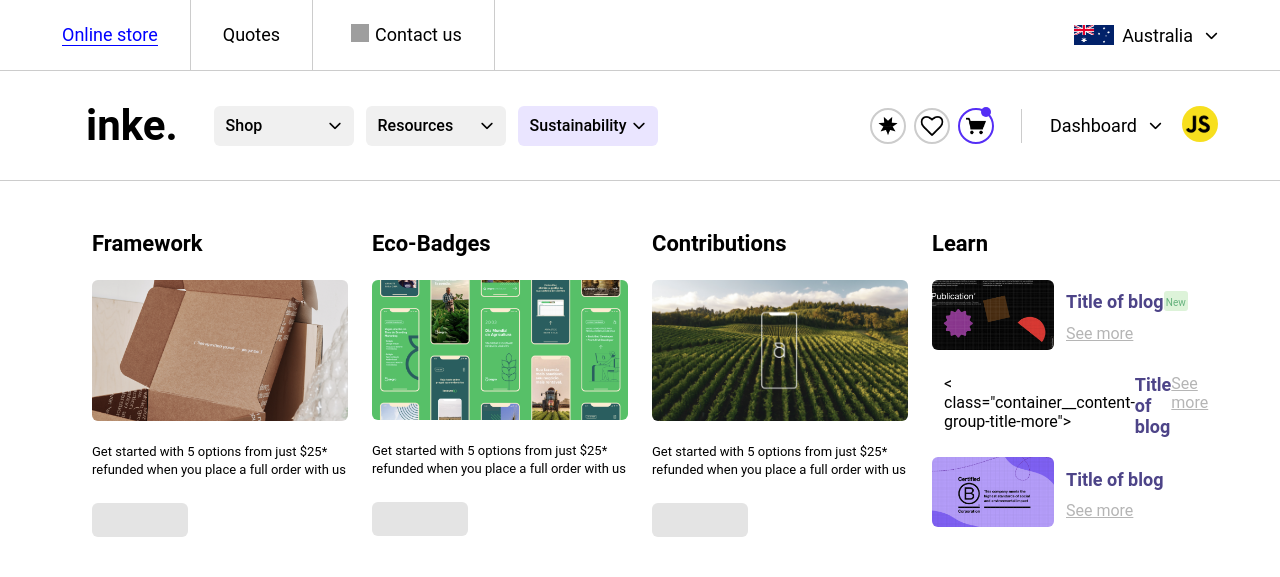
Repository: NguyenMinhKhanhB1909929/Practice_HTML-01
Page: index.html
The author's editor kept a copy of each file at every save. The page is drawn from the files as they stood at one save, then again after the next save.
The browser window is 1280 px wide. The pictures show the whole page.
Pictures or frames that could not be fetched are drawn as grey boxes. Some web libraries are served in a nearby version.

Above is the page before, as saved 2022-04-07 20:53:58.

### index.html
<!DOCTYPE html>
<html lang="en">
  <head>
    <meta charset="UTF-8" />
    <meta http-equiv="X-UA-Compatible" content="IE=edge" />
    <meta name="viewport" content="width=device-width, initial-scale=1.0" />
    <title>Practice 1</title>
    <link rel="stylesheet" href="./asset/style/style.css" />
    <link
      rel="stylesheet"
      href="https://cdnjs.cloudflare.com/ajax/libs/font-awesome/6.1.1/css/all.min.css"
    />
  </head>
  <body>
    <div class="main">
      <div class="header">
        <div class="header__about">
          <div class="header__about-text">
            <a href="" class="active">Online store</a>
          </div>
          <div class="header__about-text">
            <a href="">Quotes</a>
          </div>
          <div class="header__about-text">
            <img
              src="https://emojipedia-us.s3.dualstack.us-west-1.amazonaws.com/thumbs/120/google/313/waving-hand_1f44b.png"
              alt=""
              class="header__about-text__img"
            />
            <p class="m-0">
              <a href="">Contact us</a>
            </p>
          </div>
        </div>
        <div class="header__nation">
          <div class="header__nation-wrap">
            <div class="header__nation-flag">
              <img
                src="./asset/img/Australia.svg.webp"
                alt="abc"
                class="header__nation-flag-img"
              />
            </div>
            <div class="header__nation-name">
              <p class="m-0">Australia</p>
            </div>
            <div class="header__nation-icon">
              <i class="fa-solid fa-chevron-down"></i>
            </div>
          </div>
        </div>
      </div>
      <nav class="nav">
        <div class="nav__category">
          <div class="nav__logo">
            <a href="" class="nav__logo-link">inke.</a>
          </div>

          <div class="nav__category-opt">
            <p class="nav__category-opt-name">Shop</p>
            <div class="nav__category-opt-icon">
              <i class="fa-solid fa-chevron-down"></i>
            </div>
          </div>

          <div class="nav__category-opt">
            <p class="nav__category-opt-name">Resources</p>
            <div class="nav__category-opt-icon">
              <i class="fa-solid fa-chevron-down"></i>
            </div>
          </div>
          <div class="nav__category-opt active-btn">
            <p class="nav__category-opt-name">Sustainability</p>
            <div class="nav__category-opt-icon">
              <i class="fa-solid fa-chevron-down"></i>
            </div>
          </div>
        </div>
        <div class="nav__wrap">
          <div class="nav__icon-wrap">
            <div class="nav__icon">
              <img
                src="./asset/img/seven-pointed-star-vector-icon-seven-pointed-star-icon-vector-seven-pointed-star-icon-seven-pointed-star-vector-icon-96183751.jpg"
                alt=""
                class="nav__icon-img"
              />
            </div>
            <div class="nav__icon">
              <img
                src="./asset/img/heart-icon-free-vector.jpg"
                alt=""
                class="nav__icon-img"
              />
            </div>
            <div class="nav__icon active-icon">
              <img
                src="./asset/img/cart-icon-20.jpg"
                alt=""
                class="nav__icon-img"
              />
            </div>
          </div>
          <div class="nav__dash-wrap">
            <div class="nav__das-group">
              <p class="m-0 nav__das-text">Dashboard</p>
              <div class="nav__dash-icon">
                <i class="fa-solid fa-chevron-down"></i>
              </div>
            </div>
            <div class="nav__dash-user">
              <img
                src="./asset/img/images.png"
                alt=""
                class="nav__dash-user-img"
              />
            </div>
          </div>
        </div>
      </nav>
      <div class="container">
        <div class="row">
          <div class="col">
            <div class="container__heading">
              <p class="m-0 container__heading-name">Framework</p>
            </div>
            <div class="container__content">
              <img
                src="./asset/img/image 1.PNG"
                alt=""
                class="container__content-img"
              />
              <p class="container__content-desc">
                Get started with 5 options from just $25* refunded when you
                place a full order with us
              </p>
            </div>
            <button class="btn"></button>
          </div>
          <div class="col">
            <div class="container__heading">
              <p class="m-0 container__heading-name">Eco-Badges</p>
            </div>
            <div class="container__content">
              <img
                src="./asset/img/image2.PNG"
                alt=""
                class="container__content-img"
              />
              <p class="container__content-desc">
                Get started with 5 options from just $25* refunded when you
                place a full order with us
              </p>
            </div>
            <button class="btn"></button>
          </div>
          <div class="col">
            <div class="container__heading">
              <p class="m-0 container__heading-name">Contributions</p>
            </div>
            <div class="container__content">
              <img
                src="./asset/img/image3.PNG"
                alt=""
                class="container__content-img"
              />
              <p class="container__content-desc">
                Get started with 5 options from just $25* refunded when you
                place a full order with us
              </p>
            </div>
            <button class="btn"></button>
          </div>
          <div class="col">
            <div class="container__heading">
              <p class="m-0 container__heading-name">Learn</p>
            </div>
            <div class="container__content">
              <div class="container__content-group">
                <div class="container__content-group-img">
                  <img
                    src="./asset/img/image4.PNG"
                    alt=""
                    class="content-img"
                  />
                </div>
                <div class="container__content-group-title-more">
                  <div class="container__content-title-group">
                    <p class="container__content-title">Title of blog</p>
                    <a class="container__content-title-btn">New</a>
                  </div>
                  <a href="" class="container__content-more">See more</a>
                </div>
              </div>
              <div class="container__content-group">
                <div class="container__content-group-img">
                  <img
                    src="./asset/img/image6.PNG"
                    alt=""
                    class="content-img"
                  />
                </div>
                < class="container__content-group-title-more">
                  <p class="container__content-title">Title of blog</p>
                    <a href="" class="container__content-more">See more</a>
                </div>
              </div>
              <div class="container__content-group">
                <div class="container__content-group-img">
                  <img
                    src="./asset/img/image7.PNG"
                    alt=""
                    class="content-img"
                  />
                </div>
                <div class="container__content-group-title-more">
                  <p class="container__content-title">Title of blog</p>
                  <a href="" class="container__content-more">See more</a>
                </div>
              </div>
            </div>
          </div>
        </div>
      </div>
    </div>
  </body>
</html>

### asset/style/style.css
* {
  box-sizing: border-box;
  margin: 0;
  font-family: "Roboto", sans-serif;
}
.m-0 {
  margin: 0;
}
.cur {
  cursor: pointer;
}
.main {
  width: 100%;
}
.header {
  padding: 0 30px;
  display: flex;
  font-size: 18px;
  justify-content: space-between;
  border-bottom: 1px solid #ccc;
}
.header__about {
  display: flex;
}
.header__about-text {
  padding: 24px 32px;
  display: flex;
  border-right: 1px solid #ccc;
}
.header__about-text:hover a {
  color: blue;
  cursor: pointer;
}
.header__about-text__img {
  width: 18px;
  height: 18px;
  display: flex;
  align-items: center;
  margin: 0 6px;
}
.header__nation {
  display: flex;
  align-items: center;
}
.header__nation-wrap {
  display: flex;
  cursor: pointer;
}
.header__nation-flag {
  display: flex;
  align-items: center;
}
.header__nation-flag-img {
  width: 40px;
}
.header__nation-name {
  padding: 24px 8px;
}
.header__nation-icon {
  display: flex;
  align-items: center;
  margin: 0 32px 0 4px;
  font-size: 13px;
}
.active {
  color: blue;
  border-bottom: 1px solid blue;
}
a {
  text-decoration: none;
  color: #000;
}

.nav {
  padding: 30px 62px;
  display: flex;
  font-size: 18px;
  justify-content: space-between;
  align-items: center;
  border-bottom: 1px solid #ccc;
}
.nav__category {
  display: flex;
  align-items: center;
}
.nav__logo {
  padding: 0 24px;
}
.nav__logo-link {
  font-size: 42px;
  font-weight: bold;
}
.nav__wrap {
  display: flex;
  align-items: center;
}
.nav__icon-wrap {
  display: flex;
  padding-right: 20px;
  position: relative;
  align-items: center;
  position: relative;
}

.nav__icon {
  width: 36px;
  height: 36px;
  border-radius: 100rem;
  border: 2px solid #ccc;
  display: flex;
  justify-content: center;
  align-items: center;
  margin-right: 8px;
  cursor: pointer;
}
.active-icon {
  border: 2px solid #552ef5;
  position: relative;
}
.active-icon::after {
  content: "";
  display: block;
  width: 10px;
  height: 10px;
  background-color: #552ef5;
  position: absolute;
  border-radius: 100rem;
  top: -3px;
  right: 1px;
}
.nav__icon-wrap::after {
  content: "";
  position: absolute;
  display: block;
  height: 34px;
  width: 1px;
  background-color: #ccc;
  right: 0;
  top: 50%;
  transform: translateY(-50%);
}
.nav__dash-wrap {
  display: flex;
  align-items: center;
}
.nav__das-text {
  margin-left: 28px;
}
.nav__dash-icon {
  font-size: 13px;
  margin: 0 12px;
}

.nav__category-opt {
  cursor: pointer;
  width: 140px;
  height: 40px;
  border-radius: 6px;
  border: none;
  background-color: #f0f0f0;
  margin-left: 12px;
  padding: 0 12px;
  display: flex;
  align-items: center;
  justify-content: space-between;
  font-size: 16px;
  font-weight: 500;
}
.nav__category-opt:hover {
  background-color: #eae5ff;
}
.nav__category-opt-icon {
  font-size: 13px;
  font-weight: bold;
}
.nav__dash-user {
  margin-left: 8px;
}
.nav__dash-user-img {
  width: 36px;
  border-radius: 100rem;
  height: 36px;
  object-fit: cover;
}
.nav__icon-img {
  width: 28px;
  height: 28px;
  border-radius: 100rem;
}
.active-btn {
  background-color: #eae5ff;
}
.container {
  margin: 0 80px;
  padding: 50px 0 0 0;
}
.row {
  display: flex;
}
.col {
  width: 25%;
  padding: 0 12px;
}
.container__heading {
}

.container__heading-name {
  font-size: 22px;
  font-weight: 600;
}
.container__content {
  margin-top: 24px;
}
.container__content-img {
  width: 100%;
  border-radius: 6px;
  margin-bottom: 18px;
  cursor: pointer;
}
.container__content-desc {
  font-size: 13px;
  line-height: 18px;
}
.btn {
  height: 34px;
  width: 96px;
  background-color: #e4e4e4;
  border: none;
  border-radius: 6px;
  margin-top: 24px;
  cursor: pointer;
}
.container__content-group {
  display: flex;
  margin-bottom: 20px;
}
.container__content-group-img {
  margin-right: 12px;
  width: 50%;
  cursor: pointer;
}
.content-img {
  width: 100%;
  border-radius: 6px;
}
.container__content-group-title-more {
  width: 50%;
  display: flex;
  flex-direction: column;
  justify-content: space-evenly;
}
.container__content-title-group {
  display: flex;
  width: 100%;
}
.container__content-title {
  font-size: 18px;
  font-weight: 600;
  color: #4d4488;
  width: 80%;
}
.container__content-title-btn {
  font-size: 10px;
  background-color: #ddf3d9;
  width: 20%;
  height: 20px;
  border-radius: 3px;
  text-align: center;
  line-height: 24px;
  color: #66b27e;
}
.container__content-more {
  font-size: 16px;
  color: #b5b5b5;
  text-decoration: underline;
  max-width: 392px;
}
.nav__das-group {
  display: flex;
  align-items: center;
  cursor: pointer;
}

/* ---------------------Responsive------------------- */
/* PC */
@media screen and (min-width: 64em) {
}
/* Tablet */
@media screen and (min-width: 46.25em) and (max-width: 63.9375em) {
  /* Header */
  .header {
    padding: 0 0;
  }
  .header__nation-name {
    display: none;
  }
  .header__nation-icon {
    margin-left: 12px;
    margin-right: 24px;
  }
  .header__nation-flag-img {
    width: 48px;
  }
  /* Nav */
  .nav {
    padding-left: 0;
    padding-right: 0;
  }
  .nav__das-group {
    display: none;
  }
  .nav__category-opt {
    width: auto;
    height: 46px;
  }
  .nav__category-opt-name {
    margin-right: 8px;
  }
  .nav__dash-user {
    margin-left: 12px;
    margin-right: 20px;
  }
  .nav__icon-wrap {
    padding-right: 12px;
  }
  .nav__logo {
    padding-right: 12px;
  }
  /* Container */
  .container {
    margin: 0 10px;
  }
  .row {
    flex-wrap: wrap;
  }
  .col {
    width: 50%;
    margin-bottom: 32px;
    padding: 0 24px;
  }
  .btn {
    height: 46px;
    width: 120px;
    margin-top: 16px;
  }
  .container__content-desc {
    font-size: 16px;
    line-height: 24px;
  }
  .container__heading-name {
    font-size: 28px;
  }
}

/* Mobile */
@media screen and (max-width: 46.1875em) {
  /* Header */
  .header {
    display: none;
  }
  /* Nav */
  .nav {
    display: none;
  }
  /* Container */
  .container {
    margin: 0 12px;
  }
  .row {
    flex-direction: column;
  }
  .col {
    width: 100%;
    margin-bottom: 24px;
  }
  .container__content-img {
    margin-bottom: 12px;
  }
  .container__heading-name {
    font-size: 32px;
  }
  .container__content-desc {
    font-size: 16px;
    line-height: 24px;
  }
  .btn {
    margin-top: 12px;
    width: 50%;
    height: 52px;
  }
  .container__content-group {
    flex-direction: column;
  }
  .container__content-group-img {
    width: 100%;
  }
  .content-img {
    width: 80%;
  }
  .container__content-group-title-more {
    display: flex;
    flex-direction: row;
  }
}

After the next save:
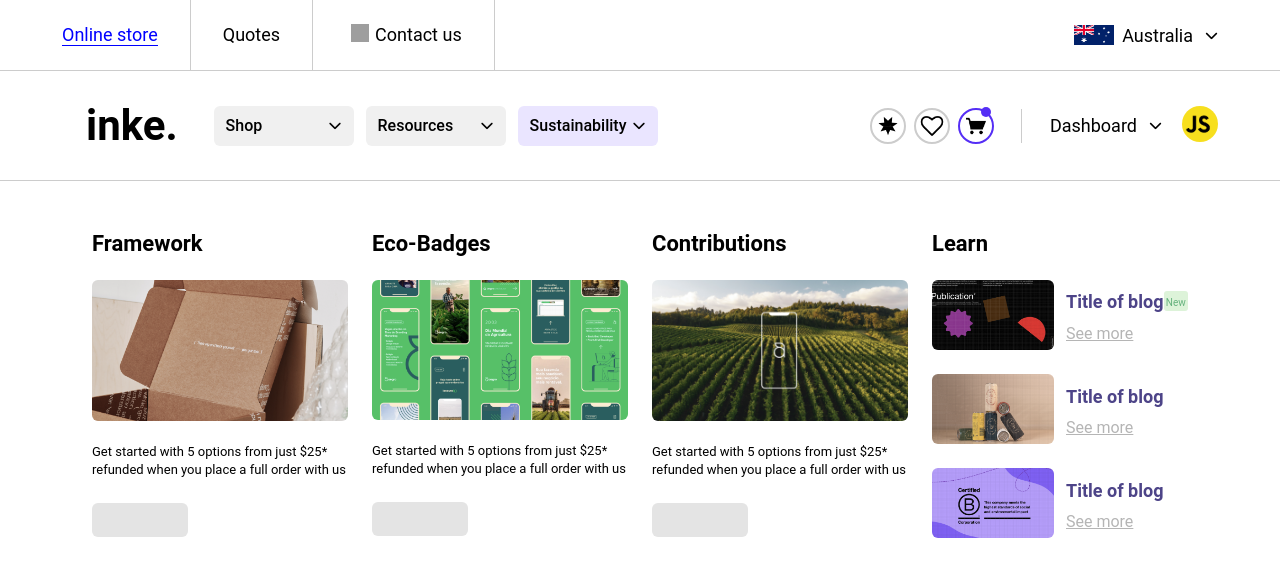
Saved 13 s later.
--- a/index.html
+++ b/index.html
@@ -199,9 +199,9 @@
                     class="content-img"
                   />
                 </div>
-                < class="container__content-group-title-more">
+                <div class="container__content-group-title-more">
                   <p class="container__content-title">Title of blog</p>
-                    <a href="" class="container__content-more">See more</a>
+                  <a href="" class="container__content-more">See more</a>
                 </div>
               </div>
               <div class="container__content-group">
